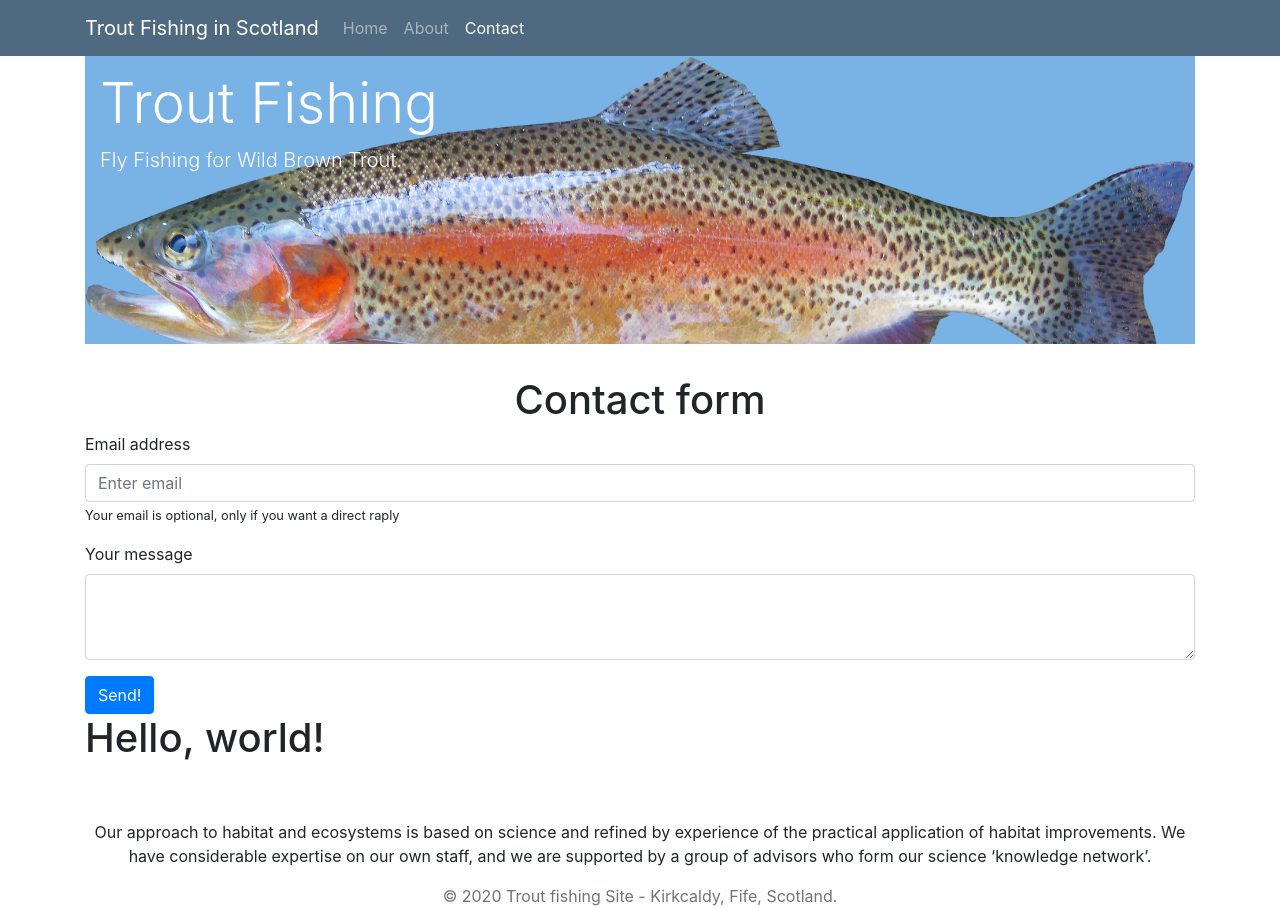
Repository: adrian9211/College_project
Page: contact.html
An editor plug-in stored every save of this project. The page is shown before and after a run of saves, followed by the edit.
The browser window is 1280 px wide. The pictures show the whole page.

Above is the page before, as saved 2020-11-04 08:36:39.

After the next 5 saves:
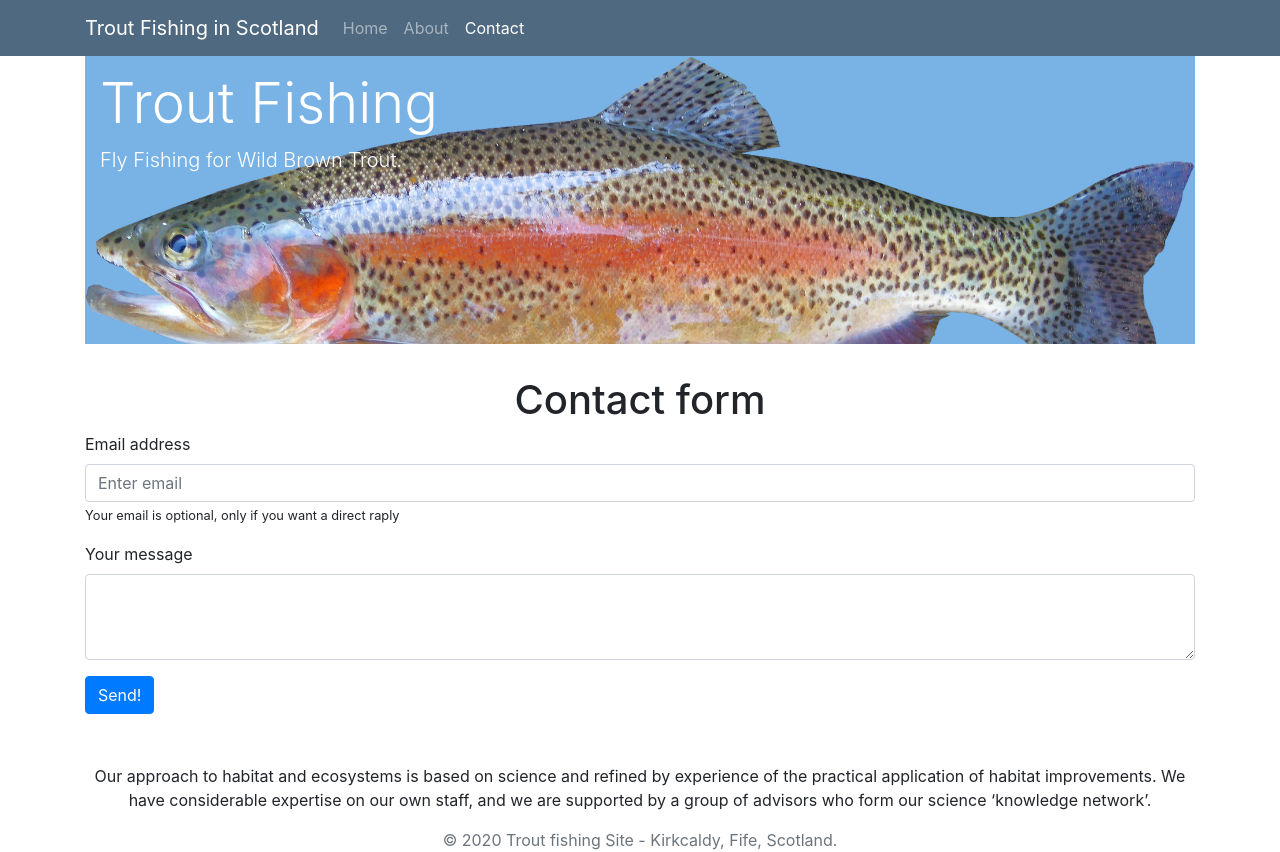
The 5 saves are shown as one change because they came seconds apart.
The last was saved 36 min 13 s later.
--- a/contact.html
+++ b/contact.html
@@ -62,7 +62,7 @@
           </div>
         <button type="submit" class="btn btn-primary" onClick="window.location.reload();">Send!</button>
       </form>
-        <h1>Hello, world!</h1>
+      <div class=""></div>
 
     </div>
 
